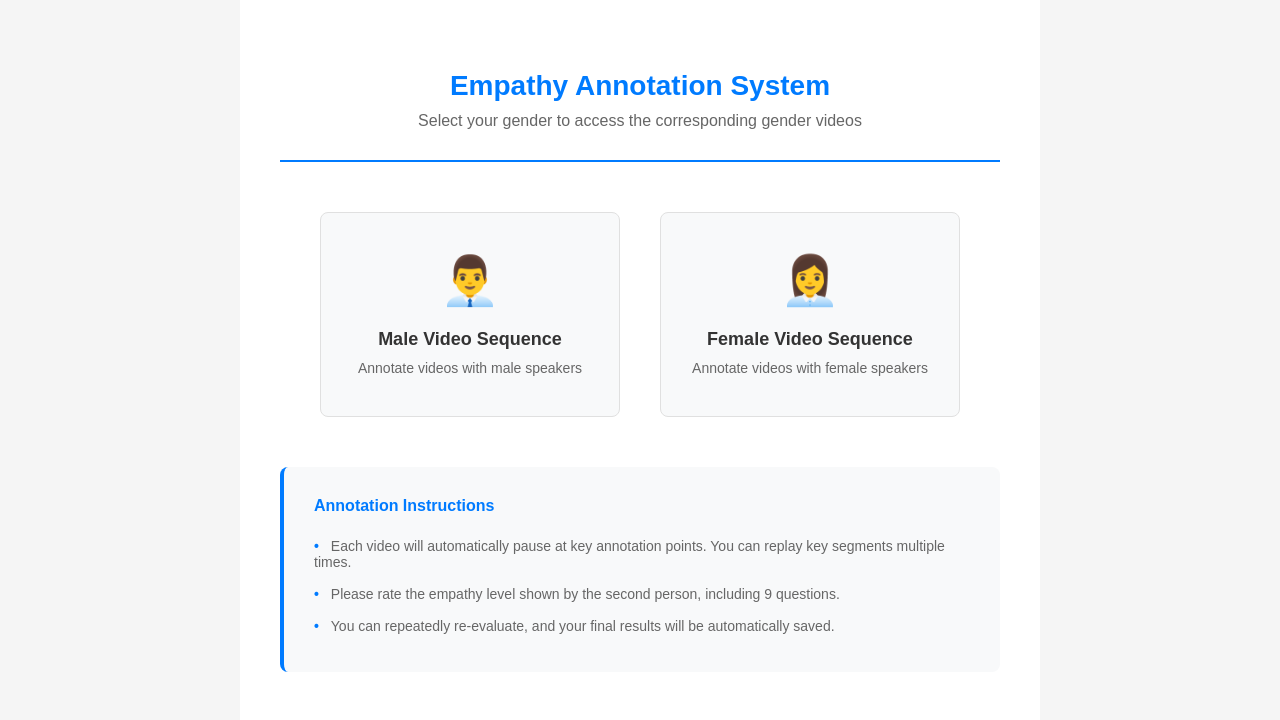
Repository: Matsuyou-Wang/MPES-system
Page: gender-selection.html
These files come from the project's save history. The page is drawn as it stood at one moment and after the next save; the edit follows.
The browser window is 1280 px wide. The pictures show the whole page.

Above is the page before, as saved 2025-11-25 10:16:27.

After the next save:
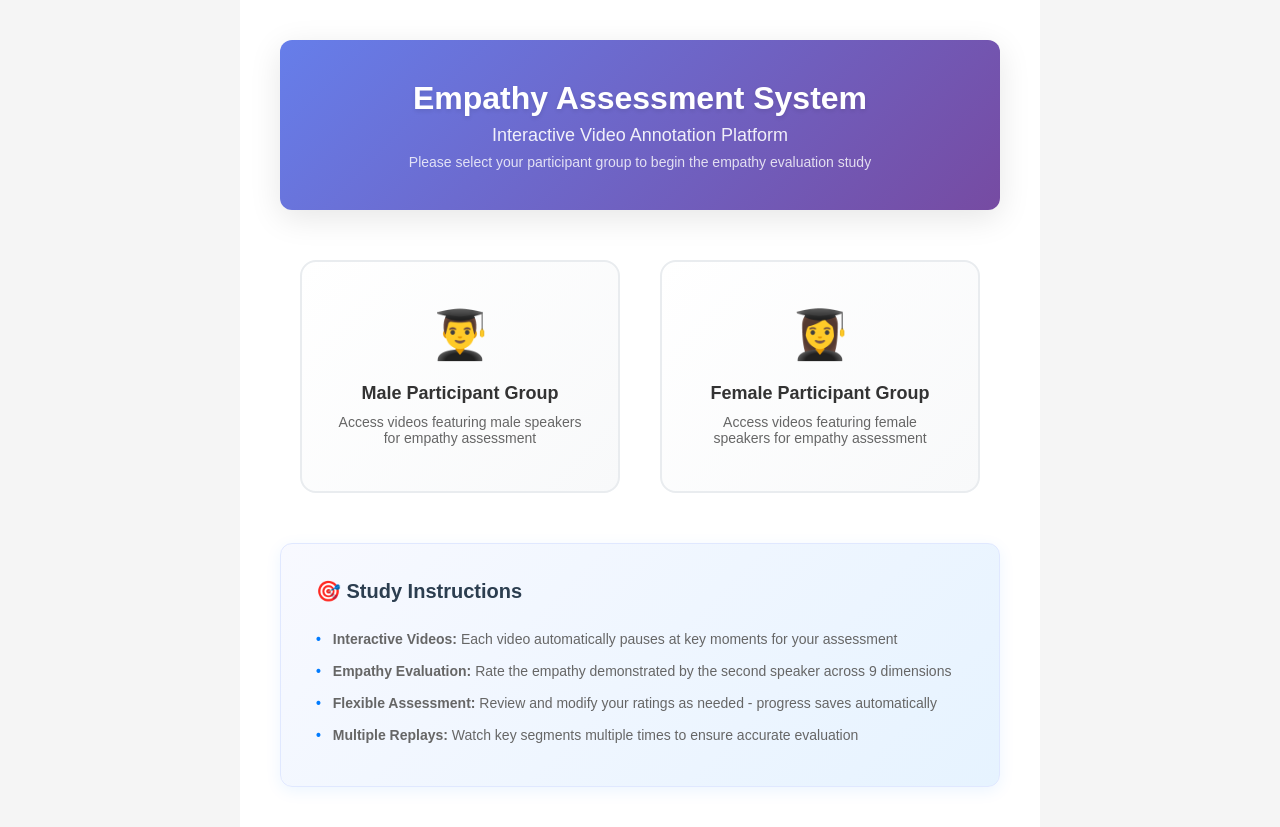
Saved 23 min 25 s later.
--- a/gender-selection.html
+++ b/gender-selection.html
@@ -17,20 +17,32 @@
         .header {
             text-align: center;
             margin-bottom: 50px;
-            padding: 30px 0;
-            border-bottom: 2px solid #007bff;
+            padding: 40px 0;
+            background: linear-gradient(135deg, #667eea 0%, #764ba2 100%);
+            color: white;
+            border-radius: 12px;
+            box-shadow: 0 8px 32px rgba(0, 0, 0, 0.1);
         }
 
         .header h1 {
-            font-size: 28px;
-            color: #007bff;
-            margin-bottom: 10px;
-            font-weight: 600;
+            font-size: 32px;
+            margin-bottom: 8px;
+            font-weight: 700;
+            text-shadow: 0 2px 4px rgba(0, 0, 0, 0.1);
         }
 
         .header .subtitle {
-            font-size: 16px;
-            color: #666;
+            font-size: 18px;
+            margin-bottom: 8px;
+            opacity: 0.9;
+            font-weight: 500;
+        }
+
+        .header .description {
+            font-size: 14px;
+            opacity: 0.8;
+            margin: 0;
+            font-weight: 400;
         }
 
         .gender-options {
@@ -42,23 +54,40 @@
         }
 
         .gender-option {
-            background: #f8f9fa;
-            border: 1px solid #e0e0e0;
-            border-radius: 8px;
-            padding: 40px 30px;
+            background: linear-gradient(135deg, #ffffff 0%, #f8f9fa 100%);
+            border: 2px solid #e9ecef;
+            border-radius: 16px;
+            padding: 45px 35px;
             cursor: pointer;
-            transition: all 0.3s ease;
-            min-width: 250px;
+            transition: all 0.3s cubic-bezier(0.4, 0, 0.2, 1);
+            min-width: 280px;
             flex: 1;
-            max-width: 300px;
+            max-width: 320px;
             text-align: center;
+            position: relative;
+            overflow: hidden;
+        }
+
+        .gender-option::before {
+            content: '';
+            position: absolute;
+            top: 0;
+            left: -100%;
+            width: 100%;
+            height: 100%;
+            background: linear-gradient(90deg, transparent, rgba(255, 255, 255, 0.6), transparent);
+            transition: left 0.5s;
+        }
+
+        .gender-option:hover::before {
+            left: 100%;
         }
 
         .gender-option:hover {
-            background-color: #e3f2fd;
-            border-color: #007bff;
-            transform: translateY(-3px);
-            box-shadow: 0 4px 12px rgba(0, 123, 255, 0.15);
+            background: linear-gradient(135deg, #fff 0%, #e3f2fd 100%);
+            border-color: #2196f3;
+            transform: translateY(-8px) scale(1.02);
+            box-shadow: 0 12px 40px rgba(33, 150, 243, 0.2);
         }
 
         .gender-icon {
@@ -86,16 +115,20 @@
 
         .info-section {
             margin-top: 50px;
-            padding: 30px;
-            background: #f8f9fa;
-            border-radius: 8px;
-            border-left: 4px solid #007bff;
+            padding: 35px;
+            background: linear-gradient(135deg, #f8f9ff 0%, #e6f3ff 100%);
+            border-radius: 12px;
+            border: 1px solid #e0e8ff;
+            box-shadow: 0 4px 16px rgba(0, 123, 255, 0.08);
         }
 
         .info-section h3 {
-            font-size: 16px;
-            color: #007bff;
-            margin-bottom: 15px;
+            font-size: 20px;
+            color: #2c3e50;
+            margin-bottom: 20px;
+            display: flex;
+            align-items: center;
+            gap: 8px;
         }
 
         .info-section ul {
@@ -120,30 +153,32 @@
 <body>
     <div class="gender-selection-container">
         <div class="header">
-            <h1>Empathy Annotation System</h1>
-            <p class="subtitle">Select your gender to access the corresponding gender videos</p>
+            <h1>Empathy Assessment System</h1>
+            <p class="subtitle">Interactive Video Annotation Platform</p>
+            <p class="description">Please select your participant group to begin the empathy evaluation study</p>
         </div>
 
         <div class="gender-options">
             <div class="gender-option male" id="maleOption">
-                <span class="gender-icon">👨‍💼</span>
-                <div class="gender-title">Male Video Sequence</div>
-                <div class="gender-description">Annotate videos with male speakers</div>
+                <span class="gender-icon">👨‍🎓</span>
+                <div class="gender-title">Male Participant Group</div>
+                <div class="gender-description">Access videos featuring male speakers for empathy assessment</div>
             </div>
 
             <div class="gender-option female" id="femaleOption">
-                <span class="gender-icon">👩‍💼</span>
-                <div class="gender-title">Female Video Sequence</div>
-                <div class="gender-description">Annotate videos with female speakers</div>
+                <span class="gender-icon">👩‍🎓</span>
+                <div class="gender-title">Female Participant Group</div>
+                <div class="gender-description">Access videos featuring female speakers for empathy assessment</div>
             </div>
         </div>
 
         <div class="info-section">
-            <h3>Annotation Instructions</h3>
+            <h3>🎯 Study Instructions</h3>
             <ul>
-                <li>Each video will automatically pause at key annotation points. You can replay key segments multiple times.</li>
-                <li>Please rate the empathy level shown by the second person, including 9 questions.</li>
-                <li>You can repeatedly re-evaluate, and your final results will be automatically saved.</li>
+                <li><strong>Interactive Videos:</strong> Each video automatically pauses at key moments for your assessment</li>
+                <li><strong>Empathy Evaluation:</strong> Rate the empathy demonstrated by the second speaker across 9 dimensions</li>
+                <li><strong>Flexible Assessment:</strong> Review and modify your ratings as needed - progress saves automatically</li>
+                <li><strong>Multiple Replays:</strong> Watch key segments multiple times to ensure accurate evaluation</li>
             </ul>
         </div>
     </div>
